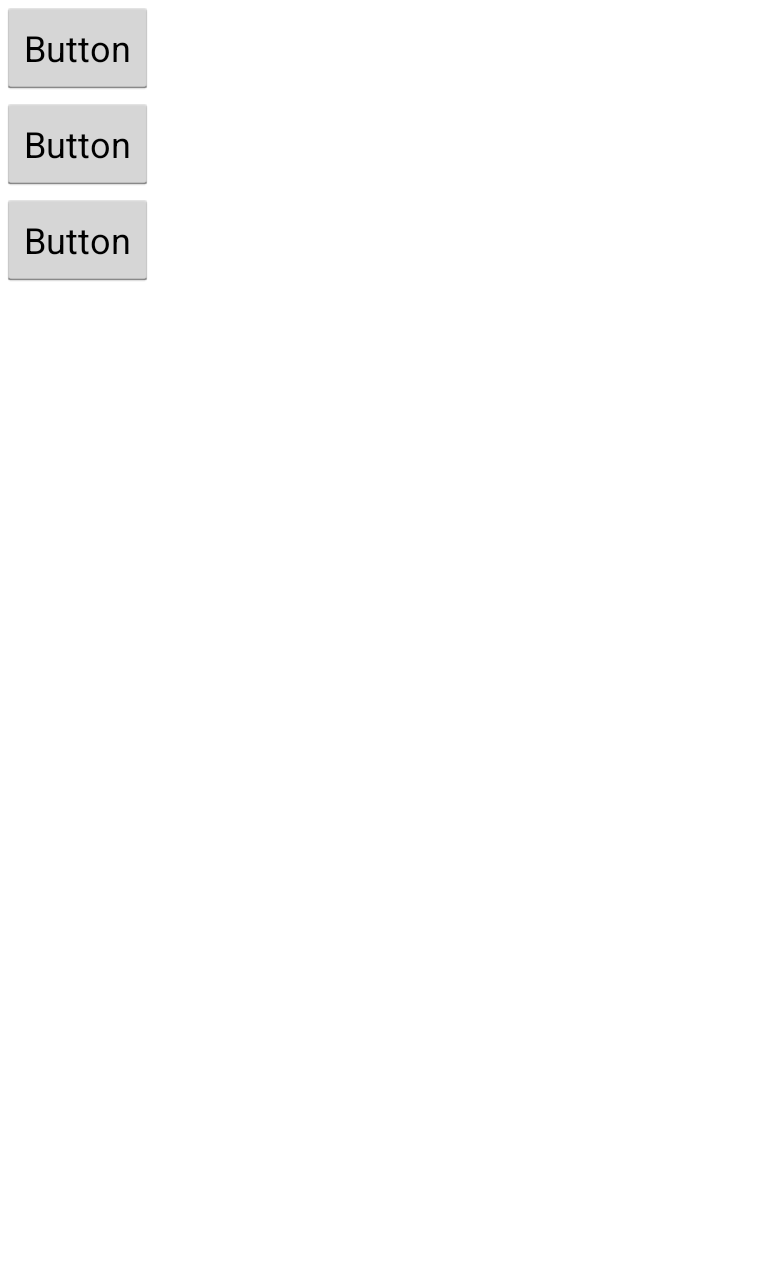
Repository: HGtz2222/LearningAndroid
Layout: test1/test1/res/layout/activity_menu.xml
These files come from the project's save history. The layout is drawn as it stood at one moment and after a run of saves; the edit follows.
It is drawn on a 768 x 1280 px phone screen (xhdpi) without system bars, with theme AppTheme; the app's code is not run.

Above is the layout before, as saved 2014-09-09 10:34:30.

### test1/test1/res/layout/activity_menu.xml
<merge xmlns:android="http://schemas.android.com/apk/res/android"
    xmlns:tools="http://schemas.android.com/tools">
    <LinearLayout xmlns:android="http://schemas.android.com/apk/res/android"
        android:id="@+id/linearLayout1"
        android:layout_width="wrap_content"
        android:layout_height="wrap_content"
        android:layout_centerHorizontal="true"
        android:layout_centerVertical="true"
        android:orientation="vertical" >

        <Button
            android:id="@+id/button1"
            android:layout_width="wrap_content"
            android:layout_height="wrap_content"
            android:text="Button" />

        <Button
            android:id="@+id/button2"
            android:layout_width="wrap_content"
            android:layout_height="wrap_content"
            android:text="Button" />

        <Button
            android:id="@+id/button3"
            android:layout_width="wrap_content"
            android:layout_height="wrap_content"
            android:text="Button" />

    </LinearLayout>

</merge>

Loaded but not shown: test1/test1/res/values/styles.xml (common file); test1/test1/res/values-v11/styles.xml (common file); test1/test1/res/values-v14/styles.xml (common file)

After the next 3 saves:
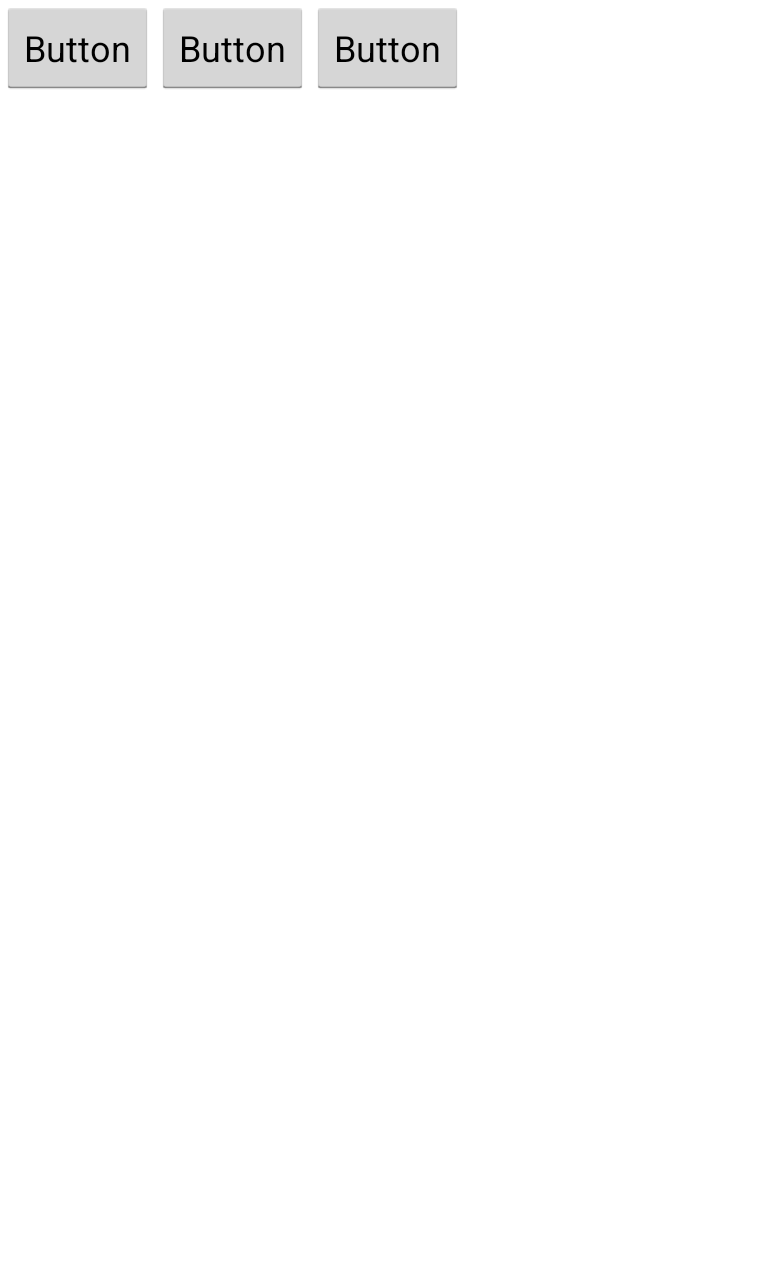
The 3 saves are shown as one change because they came seconds apart.
The last was saved 11 s later.
--- a/test1/test1/res/layout/activity_menu.xml
+++ b/test1/test1/res/layout/activity_menu.xml
@@ -1,12 +1,6 @@
-<merge xmlns:android="http://schemas.android.com/apk/res/android"
+<LinearLayout xmlns:android="http://schemas.android.com/apk/res/android"
     xmlns:tools="http://schemas.android.com/tools">
-    <LinearLayout xmlns:android="http://schemas.android.com/apk/res/android"
-        android:id="@+id/linearLayout1"
-        android:layout_width="wrap_content"
-        android:layout_height="wrap_content"
-        android:layout_centerHorizontal="true"
-        android:layout_centerVertical="true"
-        android:orientation="vertical" >
+
 
         <Button
             android:id="@+id/button1"
@@ -26,6 +20,6 @@
             android:layout_height="wrap_content"
             android:text="Button" />
 
-    </LinearLayout>
 
-</merge>
+
+</LinearLayout>
